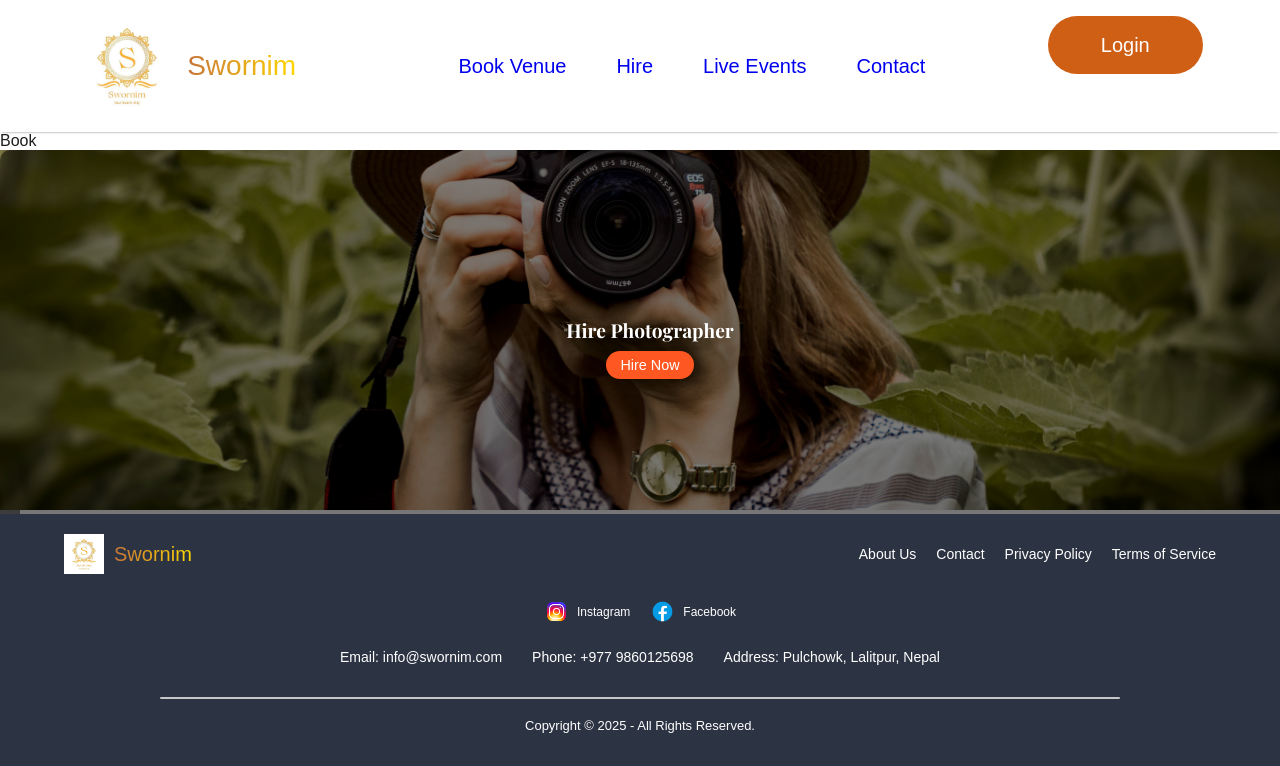
Repository: leonischu/Swornim
Page: / (app in frontend/)
These files come from the project's save history. The page is drawn as it stood at one moment and after the next save; the edit follows.
The browser window is 1280 px wide. The pictures show the whole page.
Pictures or frames that could not be fetched are drawn as grey boxes. The project was rebuilt for these pictures with package versions that can differ from the ones it lists, and the page was loaded fresh each time. Also part of the build but not shown: frontend/src/App.css, frontend/src/Pages/Contact.jsx, frontend/src/Pages/LoginSignup.jsx.

Above is the page before, as saved 2025-06-01 18:48:51.

After the next save:
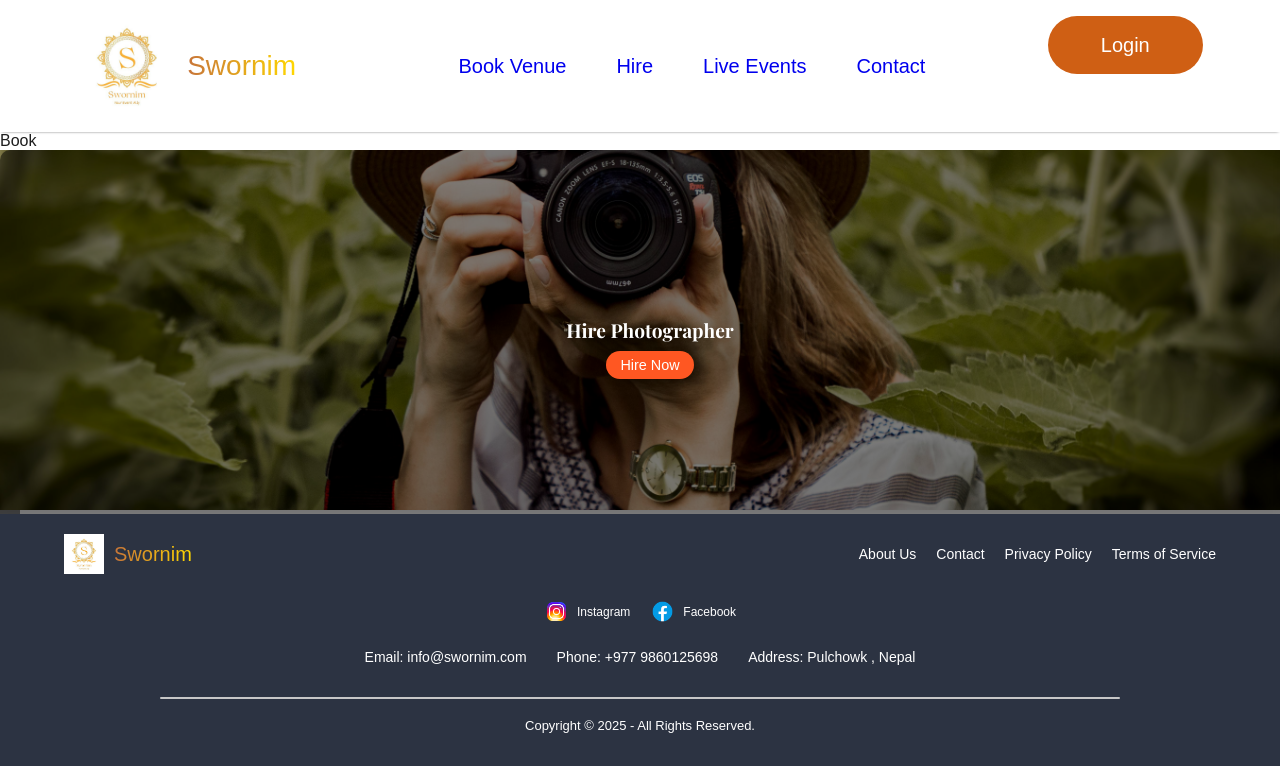
Saved 27 s later.
--- a/frontend/src/Components/Footer/Footer.jsx
+++ b/frontend/src/Components/Footer/Footer.jsx
@@ -51,7 +51,7 @@ export const Footer = () => {
       <div className="footer-contact">
         <p>Email: info@swornim.com</p>
         <p>Phone: +977 9860125698 </p>
-        <p>Address: Pulchowk, Lalitpur, Nepal</p>
+        <p>Address: Pulchowk , Nepal</p>
       </div>
 
       {/* Copyright */}
